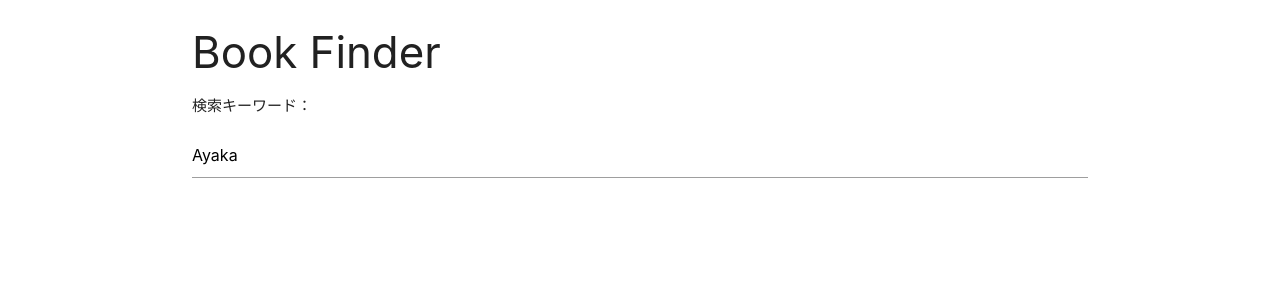
Repository: ayachika/chingu-solo-project
Page: index.html
The author's editor kept a record of every edit. The page is drawn from the files as they stood at one moment, then again after the next edit.
The browser window is 1280 px wide. The pictures show the whole page.
Some web libraries are served in a nearby version.

Above is the page before.

### index.html

<!DOCTYPE html>
<html lang="en">
  <head>
    <meta charset="utf-8">
    <title>Book Finder</title>
    <link rel="stylesheet" href="https://cdnjs.cloudflare.com/ajax/libs/materialize/1.0.0/css/materialize.min.css">
    <style>
      [v-cloak] { display: none; }
    </style>
  </head>
  <body>
    <div class="container" id="app">
      <h3 class="text-center">Book Finder</h3>
      <p> <!--v-modelでフォームとバインディング-->
        検索キーワード：<form v-on:submit.prevent="getResult(query)">
          <input type="text" placeholder="Type in your search" v-model="query" />
      </p>
      <div class="card blue-grey darken-1" v-for="item in items" v-cloak>

          <div class="card">
            <div class="card-title">
              <p>{{ item.title }}</p>
            </div>
            <div class="card-content">
              <p>{{item.author}}</p>
            </div>
          </div>
     </div>
  </div>



    <script src="https://cdn.jsdelivr.net/npm/vue@2.5.16/dist/vue.js"></script>
    <script src="main.js"></script>
    <script src="https://cdn.jsdelivr.net/npm/axios@0.17.1/dist/axios.min.js"></script>
  </body>

</html>

### main.js

const vm = new Vue({
  el: '#app',
  data() {
    return{
      query:'Ayaka'
      }
    },
  methods:{
    getResult(query){
      alert(query);
    }
  }
});

After the next edit:
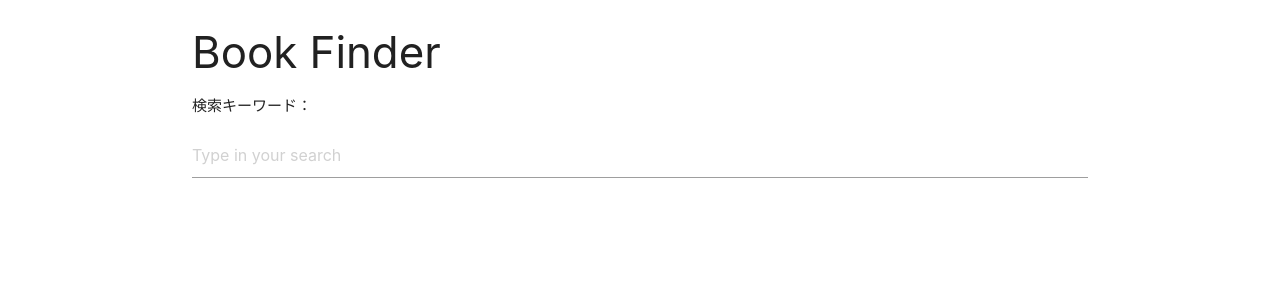
Console error: SyntaxError: Cannot use import statement outside a module
The edit:
--- a/main.js
+++ b/main.js
@@ -1,3 +1,5 @@
+
+import axios from 'axios'
 
 const vm = new Vue({
   el: '#app',

After the 4 edits that followed:
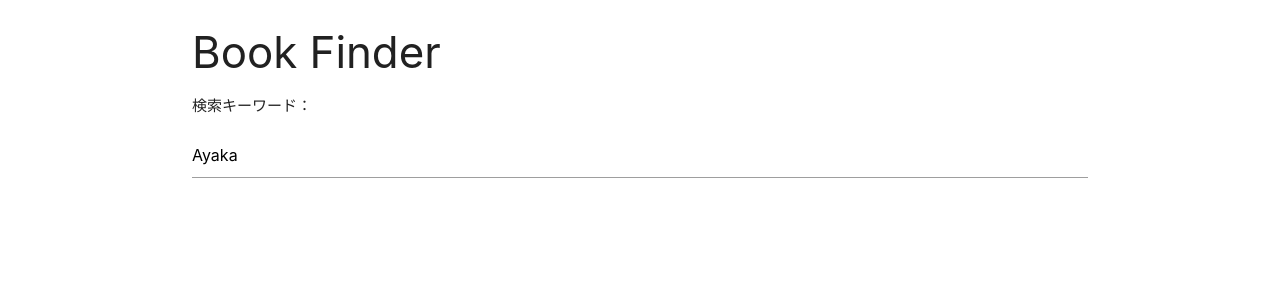
The error is gone.
The 4 edits are shown as one change because 3 left the picture as it was.
The edit:
--- a/main.js
+++ b/main.js
@@ -1,6 +1,3 @@
-
-import axios from 'axios'
-
 const vm = new Vue({
   el: '#app',
   data() {
@@ -10,7 +7,7 @@
     },
   methods:{
     getResult(query){
-      alert(query);
+      axios.get("https://www.googleapis.com/books/v1/volumes?q=search" + query).then(response => {this.items});
+      }
     }
-  }
 });
